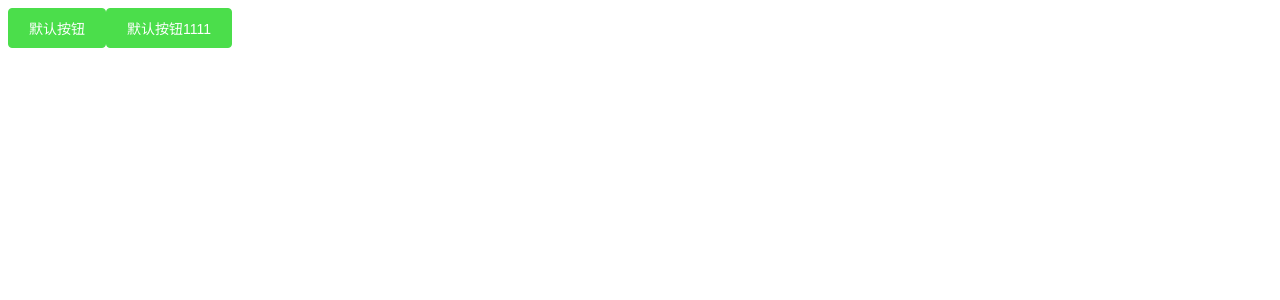
Repository: Cherry-pan/component-packing
Page: /
An editor plug-in stored every save of this project. The page is shown before and after the next save, followed by the edit.
The browser window is 1280 px wide. The pictures show the whole page.
The project was rebuilt for these pictures with package versions that can differ from the ones it lists, and the page was loaded fresh each time. Also part of the build but not shown: vue.config.js.

Above is the page before, as saved 2022-04-30 13:51:06.

### index.html
<!DOCTYPE html>
<html>
  <head>
    <meta charset="utf-8">
    <meta name="viewport" content="width=device-width,initial-scale=1.0">
    <title>component-packing</title>
  </head>
  <body>
    <div id="app"></div>
    <!-- built files will be auto injected -->
  </body>
</html>

### src/components/Home.vue
<template>
  <div class="hello">
    <AButton :class="[theme]">
      <slot></slot>
    </AButton>
  </div>
</template>

<script>
export default {
  name: "Home",
  components: {
    AButton: () => import("@/components/button/Button.vue")
  },
  props: {
    type: {
      type: String,
      default: ""
    }
  },
  computed: {
    theme() {
      console.log(this.type);
    }
  },
  data() {
    return {
      msg: "Welcome to Your Vue.js App"
    };
  }
};
</script>

<!-- Add "scoped" attribute to limit CSS to this component only -->
<style scoped></style>

### src/components/button/Button.vue
<template>
  <div>
    <button disabled class="a-button a-button-success">默认按钮</button>
    <button disabled class="a-button a-button-success" type="primary">
      默认按钮1111
    </button>
  </div>
</template>

<script>
export default {
  name: "Button",

  data() {
    return {};
  },

  mounted() {},

  methods: {}
};
</script>

<style lang="scss" scoped>
.a-button {
  padding: 0 20px 0 20px;
  border-width: 1px;
  border-color: #dcdfe6;
  border-style: solid;
  border-radius: 4px;
  background-color: white;
  font-size: 14px;
  color: #606266;
  height: 40px;
  line-height: 40px;
}
// 禁用 透明度
.a-button[disabled] {
  opacity: 0.7;
  // 鼠标变成禁用
  cursor: not-allowed;
}
.a-button-primary {
  border-color: #409eff;
  background-color: #409eff;
  color: white;
  &.is-border {
    background-color: transparent;
    color: #409eff;
  }
}
.a-button-success {
  border-color: #00d100;
  background-color: #00d100;
  color: white;
  &.is-border {
    background-color: transparent;
    color: #00d100;
  }
}
.a-button-warning {
  border-color: #e6a23c;
  background-color: #e6a23c;
  color: white;
  &.is-border {
    background-color: transparent;
    color: #e6a23c;
  }
}
.a-button-danger {
  border-color: #f56c6c;
  background-color: #f56c6c;
  color: white;
  &.is-border {
    background-color: transparent;
    color: #f56c6c;
  }
}
// 圆角
.is-round {
  border-radius: 100px;
}
</style>

Loaded but not shown: src/main.js (common file); src/App.vue (common file); src/router/index.js (common file)

After the next save:
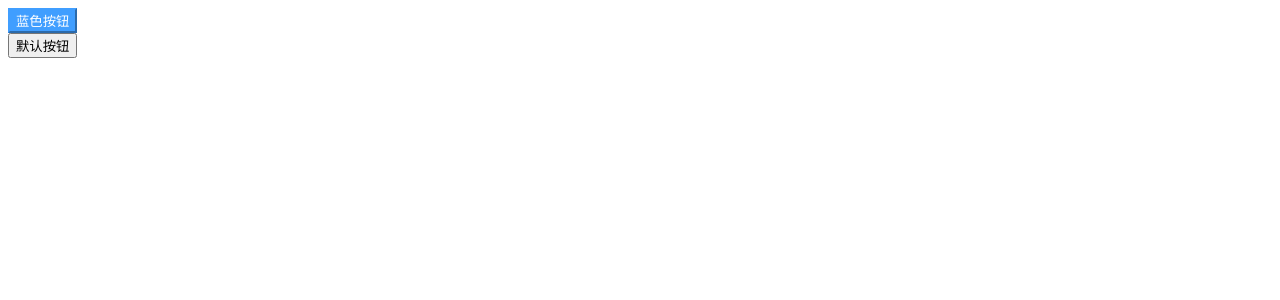
Saved 7 min 0 s later.
--- a/src/components/Home.vue
+++ b/src/components/Home.vue
@@ -1,7 +1,10 @@
 <template>
   <div class="hello">
-    <AButton :class="[theme]">
-      <slot></slot>
+    <AButton type="primary">
+      蓝色按钮
+    </AButton>
+    <AButton>
+      默认按钮
     </AButton>
   </div>
 </template>
@@ -12,21 +15,9 @@ export default {
   components: {
     AButton: () => import("@/components/button/Button.vue")
   },
-  props: {
-    type: {
-      type: String,
-      default: ""
-    }
-  },
-  computed: {
-    theme() {
-      console.log(this.type);
-    }
-  },
+
   data() {
-    return {
-      msg: "Welcome to Your Vue.js App"
-    };
+    return {};
   }
 };
 </script>
--- a/src/components/button/Button.vue
+++ b/src/components/button/Button.vue
@@ -1,8 +1,7 @@
 <template>
   <div>
-    <button disabled class="a-button a-button-success">默认按钮</button>
-    <button disabled class="a-button a-button-success" type="primary">
-      默认按钮1111
+    <button :class="[theme]">
+      <slot></slot>
     </button>
   </div>
 </template>
@@ -10,7 +9,19 @@
 <script>
 export default {
   name: "Button",
-
+  props: {
+    type: {
+      type: String,
+      default: ""
+    }
+  },
+  computed: {
+    theme() {
+      console.log(this.type);
+      // 如果有值，返回
+      return this.type ? `a-button-${this.type}` : "";
+    }
+  },
   data() {
     return {};
   },
